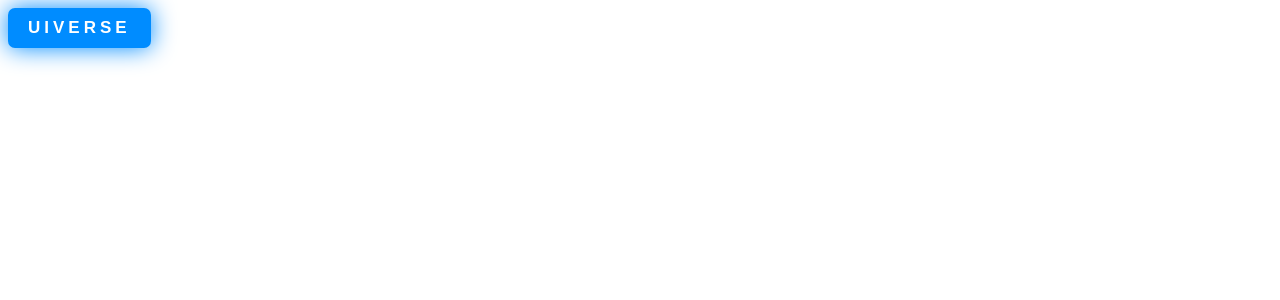
Repository: masifmuhammad/Quick-Notes
Page: Testing/logout.html
An editor plug-in stored every save of this project. The page is shown before and after the next save, followed by the edit.
The browser window is 1280 px wide. The pictures show the whole page.

Above is the page before, as saved 2023-03-26 05:33:48.

After the next save:
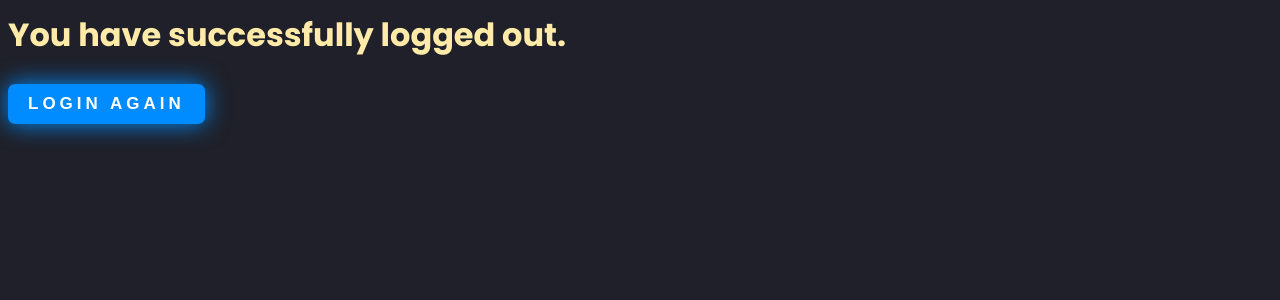
Saved 43 s later.
--- a/Testing/logout.html
+++ b/Testing/logout.html
@@ -1,5 +1,4 @@
 <style>
-
 
 .shadow__btn {
     padding: 10px 20px;
@@ -27,6 +26,19 @@
   }
 
 </style>
-<button class="shadow__btn">
-    uiverse
-</button>
+<!DOCTYPE html>
+<html lang="en">
+<head>
+  <meta charset="UTF-8">
+  <meta name="viewport" content="width=device-width, initial-scale=1.0">
+  <title>Logout</title>
+  <link rel="stylesheet" href="styles.css">
+</head>
+<body>
+  <div class="logout-container">
+    <h1>You have successfully logged out.</h1>
+    <button id="back-to-login" class="shadow__btn">Login Again</button>
+  </div>
+  <script src="logoutscript.js"></script>
+</body>
+</html>
